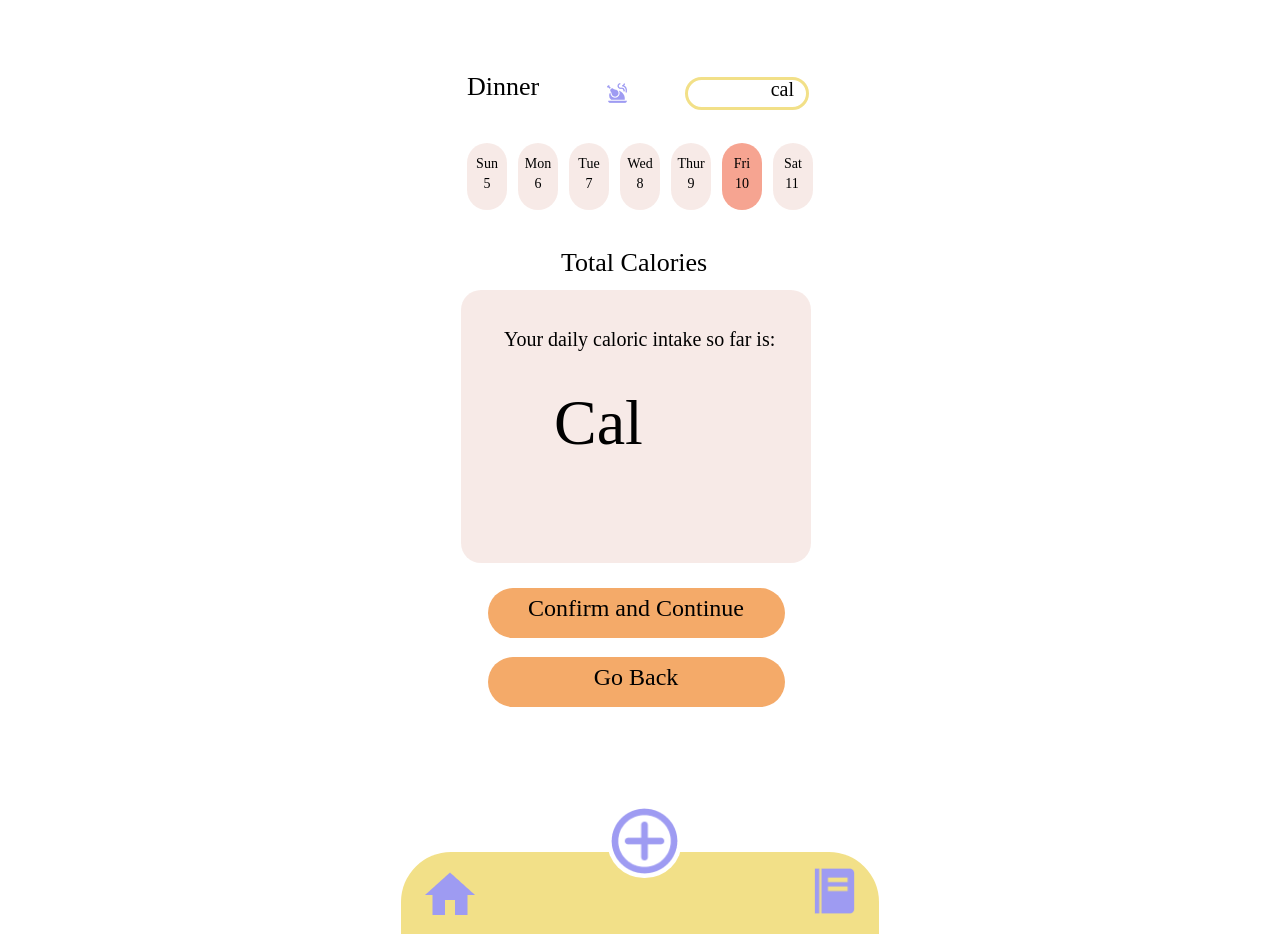
Repository: MeowCeline00/G5-Calorie-Tracker
Page: DinnerCalCounter/index.html
An editor plug-in stored every save of this project. The page is shown before and after a run of saves, followed by the edit.
The browser window is 1280 px wide. The pictures show the whole page.

Above is the page before, as saved 2024-05-26 14:14:49.

After the next 3 saves:
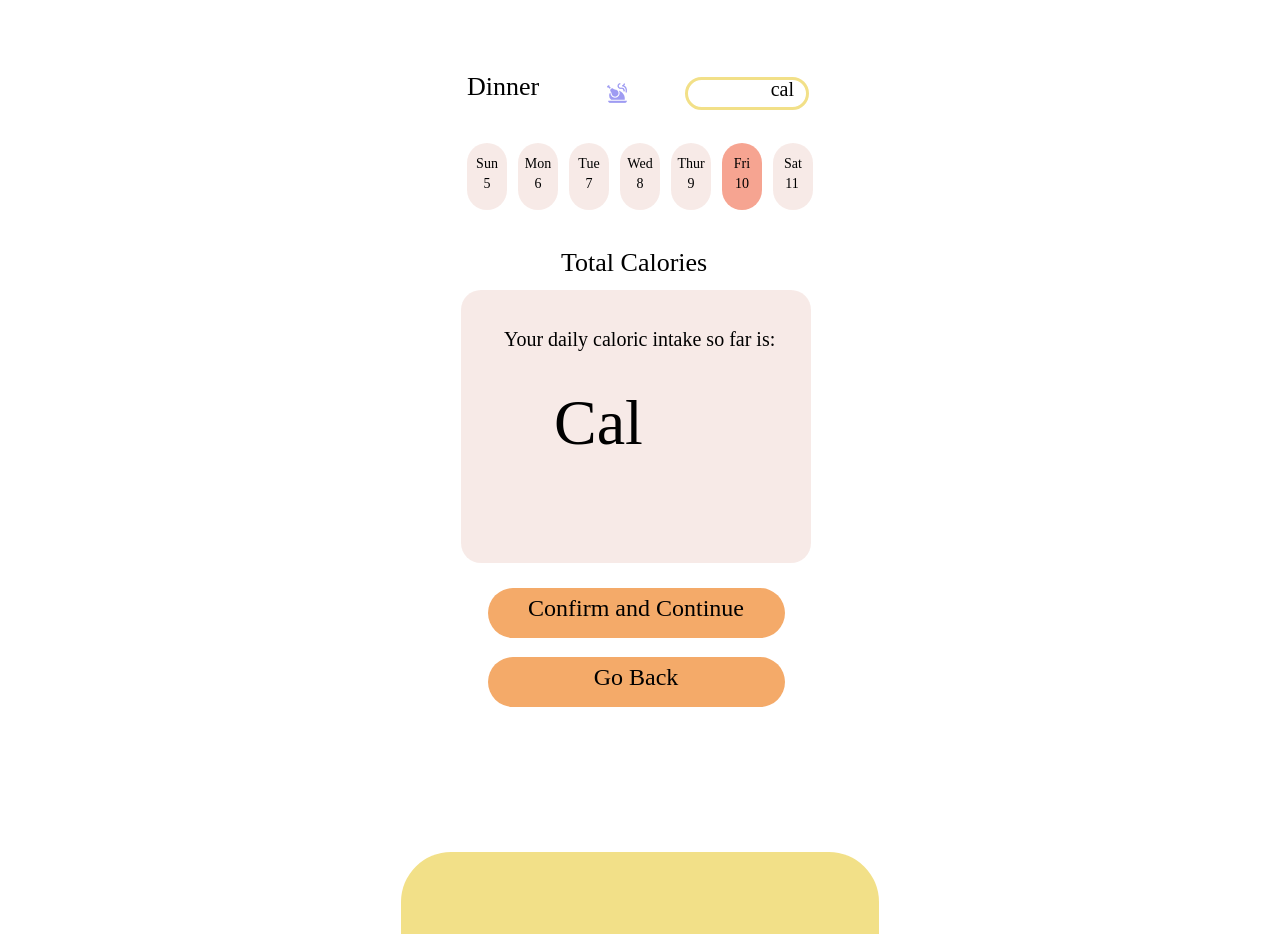
The 3 saves are shown as one change because they came seconds apart.
The last was saved 28 s later.
--- a/DinnerCalCounter/index.html
+++ b/DinnerCalCounter/index.html
@@ -66,10 +66,10 @@
 			</div>
 
 	  <div class="navBarContainer">
-		<div class="navBar"
-		<a href="/index.html"><img class="image1" src="/Images/Vector.png "></a>
+		<div class="navBar">
+		<!-- <a href="/index.html"><img class="image1" src="/Images/Vector.png "></a>
 		<a href="/index.html"><img class="image02"src="/Images/vector02.png "></a>
-		<a href="/index.html"><img class="image03" src="/Images/Vector1.png"></a>
+		<a href="/index.html"><img class="image03" src="/Images/Vector1.png"></a> -->
 		</div>
 	</div>
 </div>
